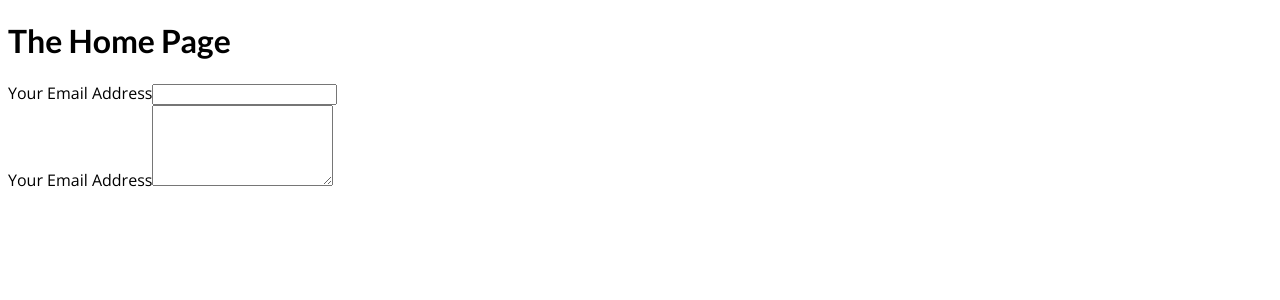
Repository: dydals3440/NextJS-Study
Page: / (app in 05-FullStack-Next.js/)
The author's editor kept a copy of each file at every save. The page is drawn from the files as they stood at one save, then again after the next save.
The browser window is 1280 px wide. The pictures show the whole page.
The project was rebuilt for these pictures with package versions that can differ from the ones it lists, and the page was loaded fresh each time. The framework's server and built-in components were replaced by stand-ins that run in the browser.

Above is the page before, as saved 2023-09-03 21:16:40.

After the next save:
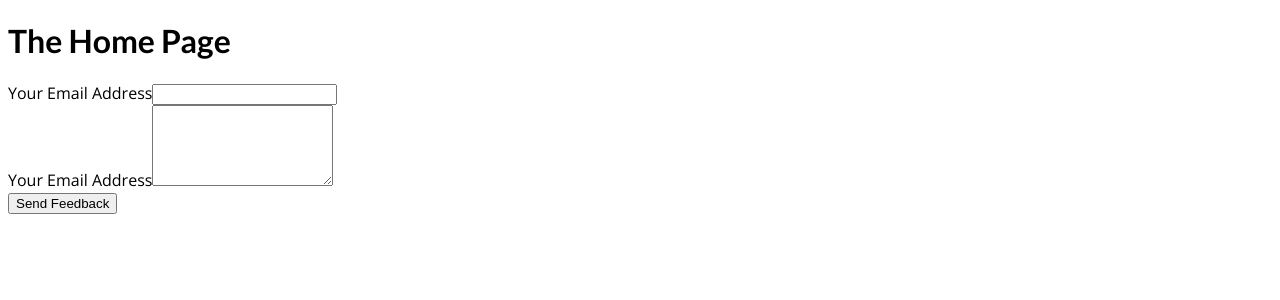
Saved 11 s later.
--- a/05-FullStack-Next.js/pages/index.js
+++ b/05-FullStack-Next.js/pages/index.js
@@ -11,6 +11,7 @@ function HomePage() {
           <label htmlFor='feedback'>Your Email Address</label>
           <textarea rows='5' id='feedback' />
         </div>
+        <button>Send Feedback</button>
       </form>
     </div>
   );
